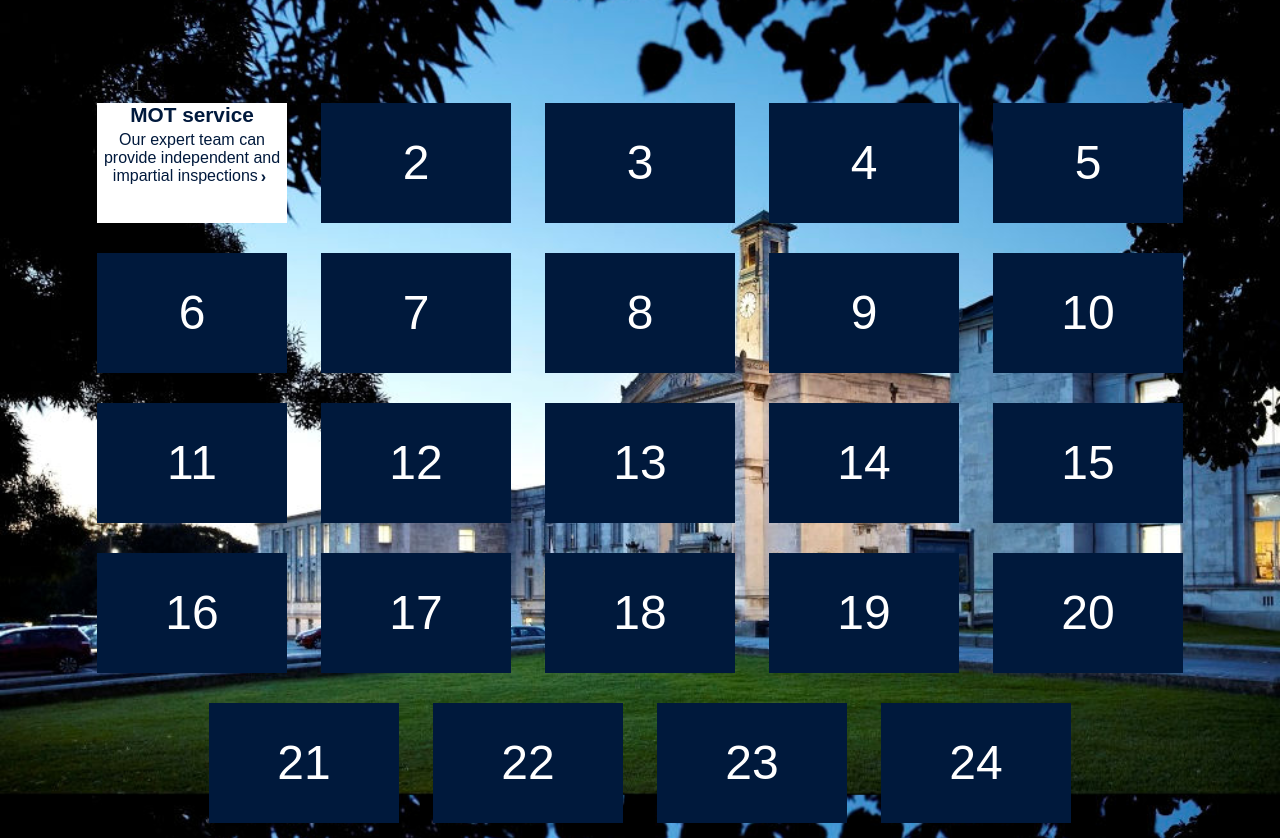
Repository: Domehead123/advent
Page: index.html
The author's editor kept a record of every edit. The page is drawn from the files as they stood at one moment, then again after the next edit.
The browser window is 1280 px wide. The pictures show the whole page.

Above is the page before.

### index.html
<!DOCTYPE html>
<html lang="en">
<head>
    <meta charset="UTF-8">
    <meta name="viewport" content="width=device-width, initial-scale=1.0">
    <meta http-equiv="X-UA-Compatible" content="ie=edge">
    <link rel="stylesheet" href="style.css" type="text/css" />
    <title>Document</title>
</head>
<body>
    <div class="window-wrapper">

        <div class="window-open"><a href="https://www.southampton.gov.uk/roads-parking/highway/mot/"></span><span class="window-header">MOT service</span>
        <span class="abstract">Our expert team can provide independent and impartial inspections</span><span class="day">1</span></a></div>


        <div class="window-closed">2</div>
        <div class="window-closed">3</div>
        <div class="window-closed">4</div>
        <div class="window-closed">5</div>
        <div class="window-closed">6</div>
        <div class="window-closed">7</div>
        <div class="window-closed">8</div>
        <div class="window-closed">9</div>
        <div class="window-closed">10</div>
        <div class="window-closed">11</div>
        <div class="window-closed">12</div>
        <div class="window-closed">13</div>
        <div class="window-closed">14</div>
        <div class="window-closed">15</div>
        <div class="window-closed">16</div>
        <div class="window-closed">17</div>
        <div class="window-closed">18</div>
        <div class="window-closed">19</div>
        <div class="window-closed">20</div>
        <div class="window-closed">21</div>
        <div class="window-closed">22</div>
        <div class="window-closed">23</div>
        <div class="window-closed">24</div>
    </div>
</body>
</html>

### style.css
body {
    background-image: url("images/civic-centre-2.jpg");
    background-size: cover;
    background-position: center;
    height: 100vh;
}

.window-wrapper {
    padding: 80px 50px 0 50px;
    text-align: center;
}

.window-open  {
    background: #fff;
    color: #00193c;
    width: 190px;
    height: 120px;
    display: inline-block;
    vertical-align: top;
    margin: 15px;
    text-align: center;
    font-family: "franklin-gothic-urw",sans-serif;
    transition: 0.4s all;
}

.window-closed {
    font-size: 3em;
    text-align: center;
    font-family: "franklin-gothic-urw",sans-serif;
    line-height: 120px;
    width: 190px;
    height: 120px;
    display: inline-block;
    background-color: #00193c;
    color: #fff;
    margin: 15px;
}

.window-open:hover {
   background: #ddd;
}

.day {
    display: inline-block;
    position: relative;
    top: -90px;
    left: -130px;
    color: #333;
    font-size: 0.9em;
    text-decoration: none;
}

.window-open a {
    text-decoration: none;
    color: #00193c;
    transition: 0.4s all;
}

.window-open:hover a {
    text-decoration: underline;
}

.window-header {
font-size: 1.3em;
font-weight: bold;
margin: 0 0 4px 0;
display: block;
}

.abstract::after {
content: "\203A";
display: inline-block;
text-decoration: none;
font-weight: bold;
line-height: 0;
position: relative;
top: 1px;
left: 3px;
}

After the next edit:
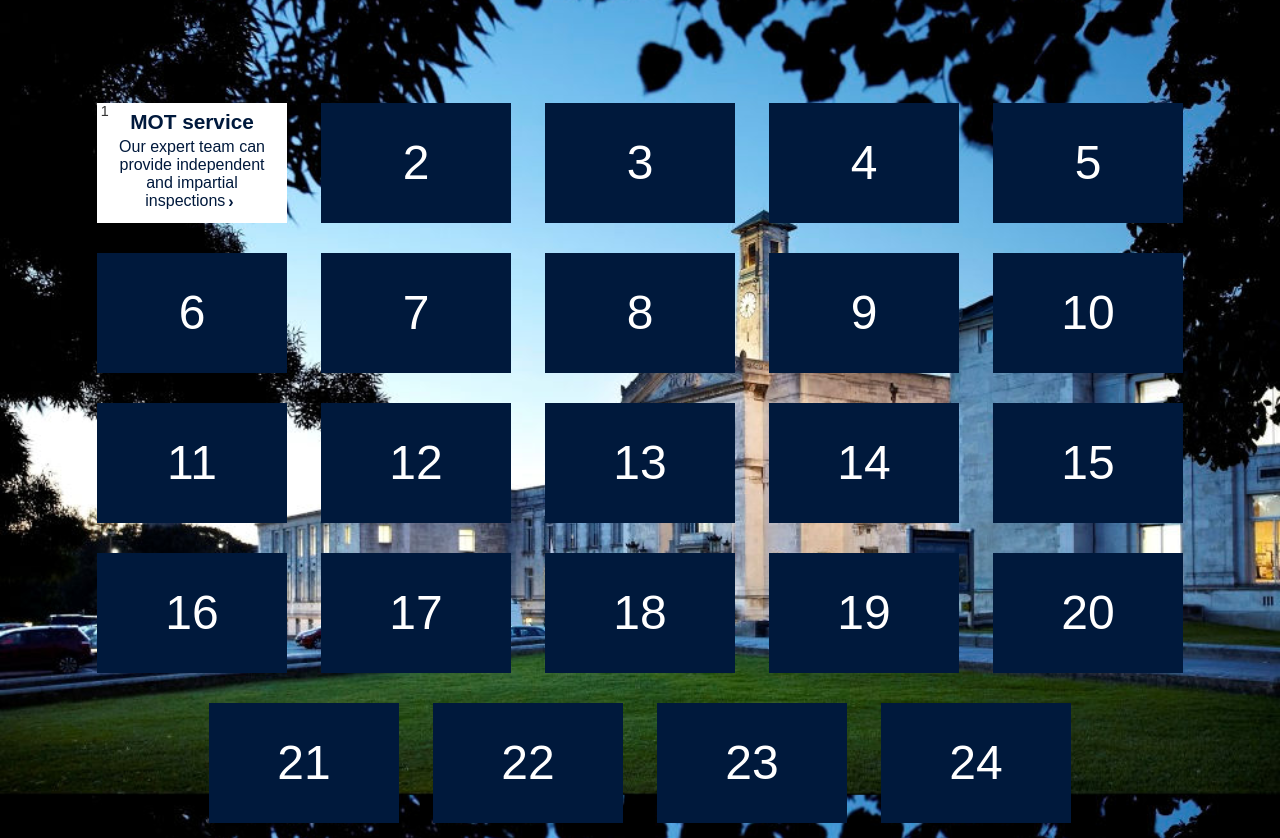
The edit:
--- a/style.css
+++ b/style.css
@@ -21,6 +21,8 @@
     text-align: center;
     font-family: "franklin-gothic-urw",sans-serif;
     transition: 0.4s all;
+    padding: 7px;
+    box-sizing: border-box;
 }
 
 .window-closed {
